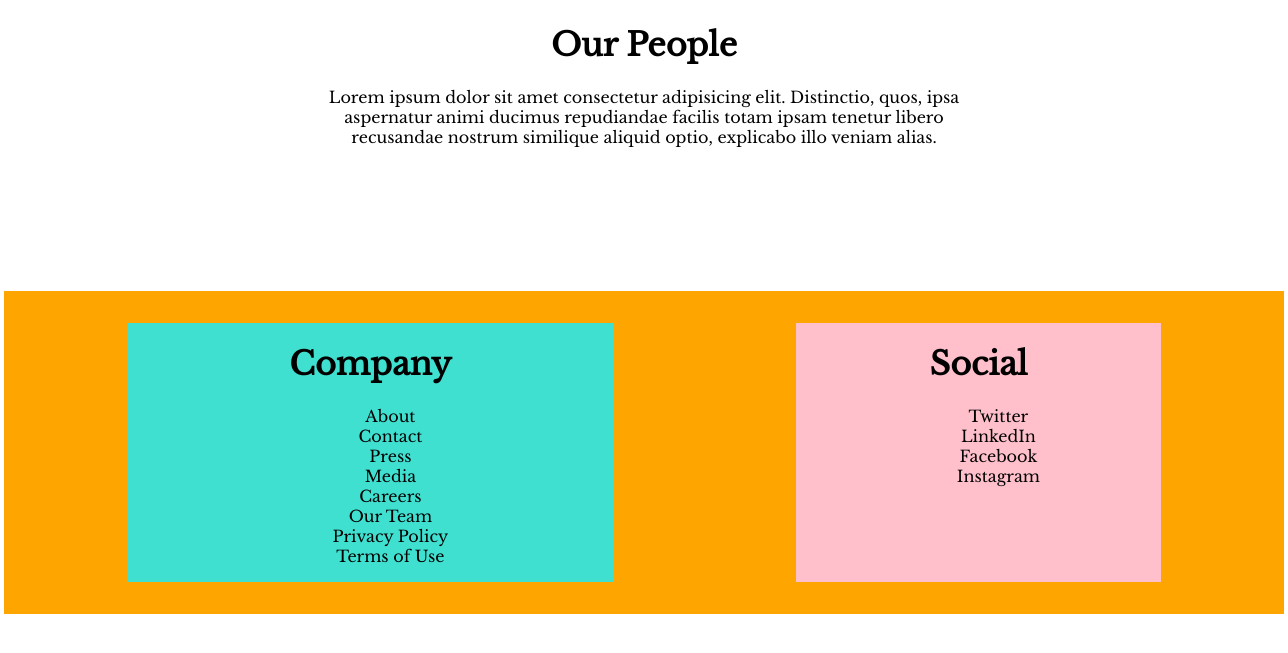
Repository: Tsardines/app
Page: / (app in my-app/)
These files come from the project's save history. The page is drawn as it stood at one moment and after the next save; the edit follows.
The browser window is 1280 px wide. The page is 1288 px wide, so the pictures cover 1288 px, including what lies to the right of the window. The pictures show the whole page.
The page's requests for data from a server got no answer. The project was rebuilt for these pictures with package versions that can differ from the ones it lists, and the page was loaded fresh each time. No one was signed in, and anything a server would have sent is missing.

Above is the page before, as saved 2018-11-14 19:11:56.

### my-app/public/index.html
<!DOCTYPE html>
<html lang="en">
  <head>
    <meta charset="utf-8">
    <meta name="viewport" content="width=device-width, initial-scale=1, shrink-to-fit=no">
    <meta name="theme-color" content="#000000">
    <!--
      manifest.json provides metadata used when your web app is added to the
      homescreen on Android. See https://developers.google.com/web/fundamentals/web-app-manifest/
    -->
    <link rel="manifest" href="%PUBLIC_URL%/manifest.json">
    <link href="https://fonts.googleapis.com/css?family=Libre+Baskerville" rel="stylesheet">
    <!--
      Notice the use of %PUBLIC_URL% in the tags above.
      It will be replaced with the URL of the `public` folder during the build.
      Only files inside the `public` folder can be referenced from the HTML.

      Unlike "/favicon.ico" or "favicon.ico", "%PUBLIC_URL%/favicon.ico" will
      work correctly both with client-side routing and a non-root public URL.
      Learn how to configure a non-root public URL by running `npm run build`.
    -->
    <title>React App</title>
  </head>
  <body>
    <noscript>
      You need to enable JavaScript to run this app.
    </noscript>
    <div id="root"></div>
    <!--
      This HTML file is a template.
      If you open it directly in the browser, you will see an empty page.

      You can add webfonts, meta tags, or analytics to this file.
      The build step will place the bundled scripts into the <body> tag.

      To begin the development, run `npm start` or `yarn start`.
      To create a production bundle, use `npm run build` or `yarn build`.
    -->
  </body>
</html>

### my-app/src/index.css
body {
  margin: 0;
  padding: 0;
  font-family: 'Libre Baskerville', serif;
  -webkit-font-smoothing: antialiased;
  -moz-osx-font-smoothing: grayscale;
}

code {
  font-family: source-code-pro, Menlo, Monaco, Consolas, "Courier New",
    monospace;
}

### my-app/src/App.js
import React, { Component } from 'react';

import Footer from './components/Footer.js';
import './App.css';

class App extends Component {
  constructor(props) {
    super(props);

    this.state = {
      items: []
    };
    this.componentWillMount = this.componentWillMount.bind(this);
  }

  componentWillMount() {
    fetch('https://api.myjson.com/bins/vz2rm')
    .then(res => res.json())
    .then(data => {
      this.setState({ items: data });
    });
  }


  render() {

    const { items } = this.state;

    return (
      <div className="App">

      <span className="our-people"><h1>Our People</h1></span>
      <span className="intro"><p>Lorem ipsum dolor sit amet consectetur adipisicing elit. Distinctio, quos, ipsa aspernatur animi ducimus repudiandae facilis totam ipsam tenetur libero recusandae nostrum similique aliquid optio, explicabo illo veniam alias.</p></span>

          { items.map((item, num) => {
              return (

                <div className="people">

                  <div className="elem">
                    <p key={num}>{item.elems}</p>
                  </div>

                    <p key={num}><strong>{item.name}</strong></p>
                    <p key={num}><small>{item.title}</small></p>

                  <div className="hidden">
                    <p key={num}>{item.email}</p>
                    <p key={num}><strong>Office: </strong>{item.office}</p>
                  </div>

                </div>

              );

            })}

            <Footer />

      </div>
    );
  }
}


export default App;

### my-app/src/components/Footer.js
import React from 'react';
import './Footer.css';

const Footer = () => {
  return (

    <div className="footer">

        <div className="left">
            <h1>Company</h1>
            <ul>
                <li>About</li>
                <li>Contact</li>
                <li>Press</li>
                <li>Media</li>
                <li>Careers</li>
                <li>Our Team</li>
                <li>Privacy Policy</li>
                <li>Terms of Use</li>
            </ul>
        </div>

        <div className="right">
            <h1>Social</h1>
            <ul>
                <li>Twitter</li>
                <li>LinkedIn</li>
                <li>Facebook</li>
                <li>Instagram</li>
            </ul>
        </div>

    </div>
  );
}

export default Footer;

### my-app/src/App.css
.App {
  display: flex;
  flex-direction: column;
  flex-flow: row nowrap;
  flex-wrap: wrap;
  max-width: 100%;
  overflow-x: hidden;
  padding: 0.25em;
  text-align: center;
  width: 100%;
}

.our-people {
  text-align: center;
  width: 100%;
}

.intro p {
  margin: auto;
  padding-bottom: 5em;
  width: 50%;
}

.people {
  background-color: #f8f8f8;
  border: 1px solid #f6f6f6;
  height: 22vh;
  margin: 0.5em;
  /* max-height: 22vh;
  max-width: 13vw; */
  /* min-height: 22vh;
  min-width: 13vw; */
  padding: 1.5em;
  text-align: left;
  width: 13vw;
}

.elem {
  font-size: 3.45em;
  margin-bottom: -1em;
  margin-top: -1em;
}

.elem:hover {
  color: #87f0f9;
  transition: 0.2s;
}

.hidden {
  font-size: 0.75em;
  opacity: 0.15;
}

.hidden:hover {
  opacity: 1;
  transition: 0.4s;
}

### my-app/src/components/Footer.css
.footer {
    background-color: orange;
    display: flex;
    justify-content: space-around;
    margin-top: 4em;
    padding: 2em;
    width: 100%;
}

.left ul li, .right ul li {
    list-style-type: none;
}

.left {
    background-color: turquoise;
    float: left;
    width: 40%;
}

.right {
    background-color: pink;
    float: right;
    width: 30%;
}

.company {
    font-size: 1.15em;
}

Loaded but not shown: my-app/src/index.js (common file); my-app/src/serviceWorker.js (common file)

After the next save:
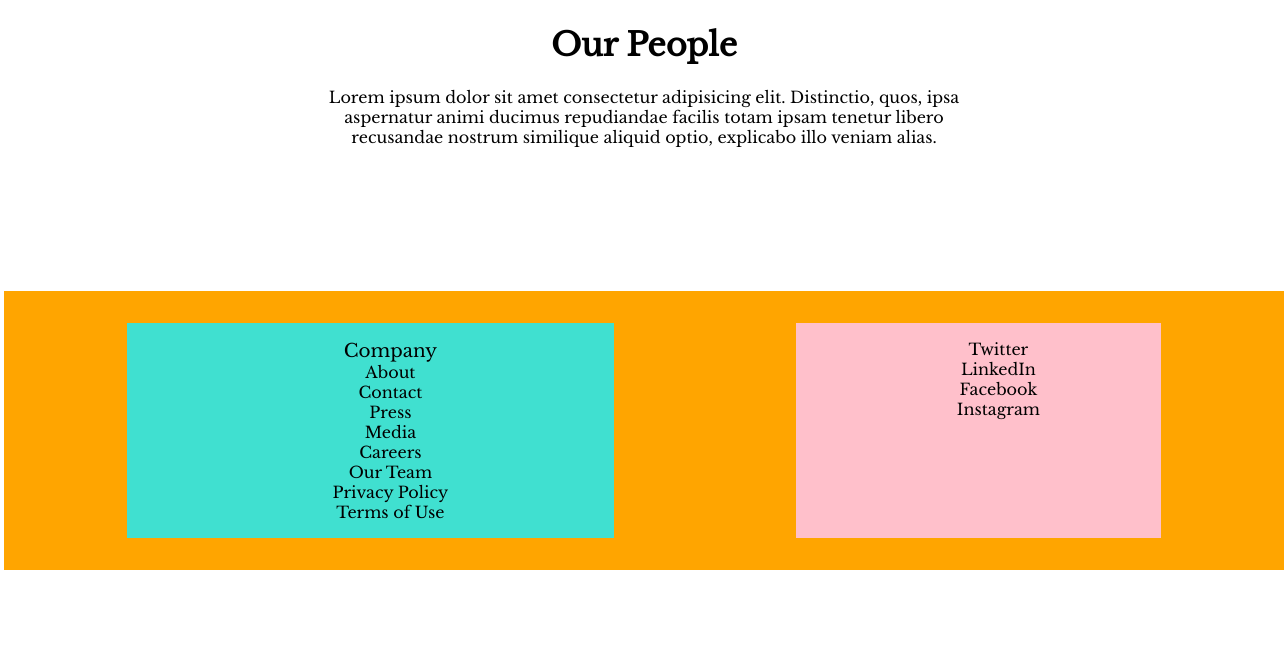
Saved 5 s later.
--- a/my-app/src/components/Footer.js
+++ b/my-app/src/components/Footer.js
@@ -7,8 +7,8 @@ const Footer = () => {
     <div className="footer">
 
         <div className="left">
-            <h1>Company</h1>
             <ul>
+                <span className="company"><li>Company</li></span>
                 <li>About</li>
                 <li>Contact</li>
                 <li>Press</li>
@@ -21,7 +21,6 @@ const Footer = () => {
         </div>
 
         <div className="right">
-            <h1>Social</h1>
             <ul>
                 <li>Twitter</li>
                 <li>LinkedIn</li>
